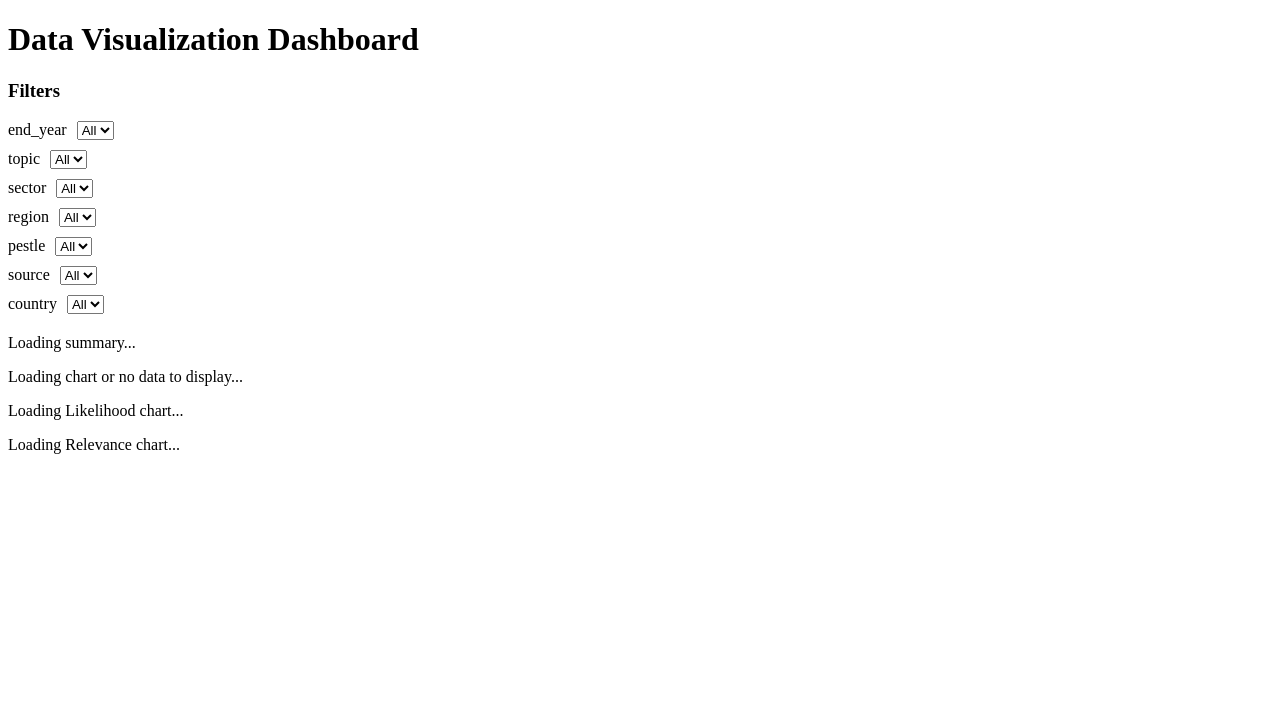
Repository: dikshant-s/DataVisualizationDashboard
Page: / (app in frontend/)
These files come from the project's save history. The page is drawn as it stood at one moment and after a run of saves; the edit follows.
The browser window is 1280 px wide. The pictures show the whole page.
The page's requests for data from a server got no answer. The project was rebuilt for these pictures with package versions that can differ from the ones it lists, and the page was loaded fresh each time. No one was signed in, and anything a server would have sent is missing.

Above is the page before, as saved 2025-06-29 10:15:07.

After the next 3 saves:
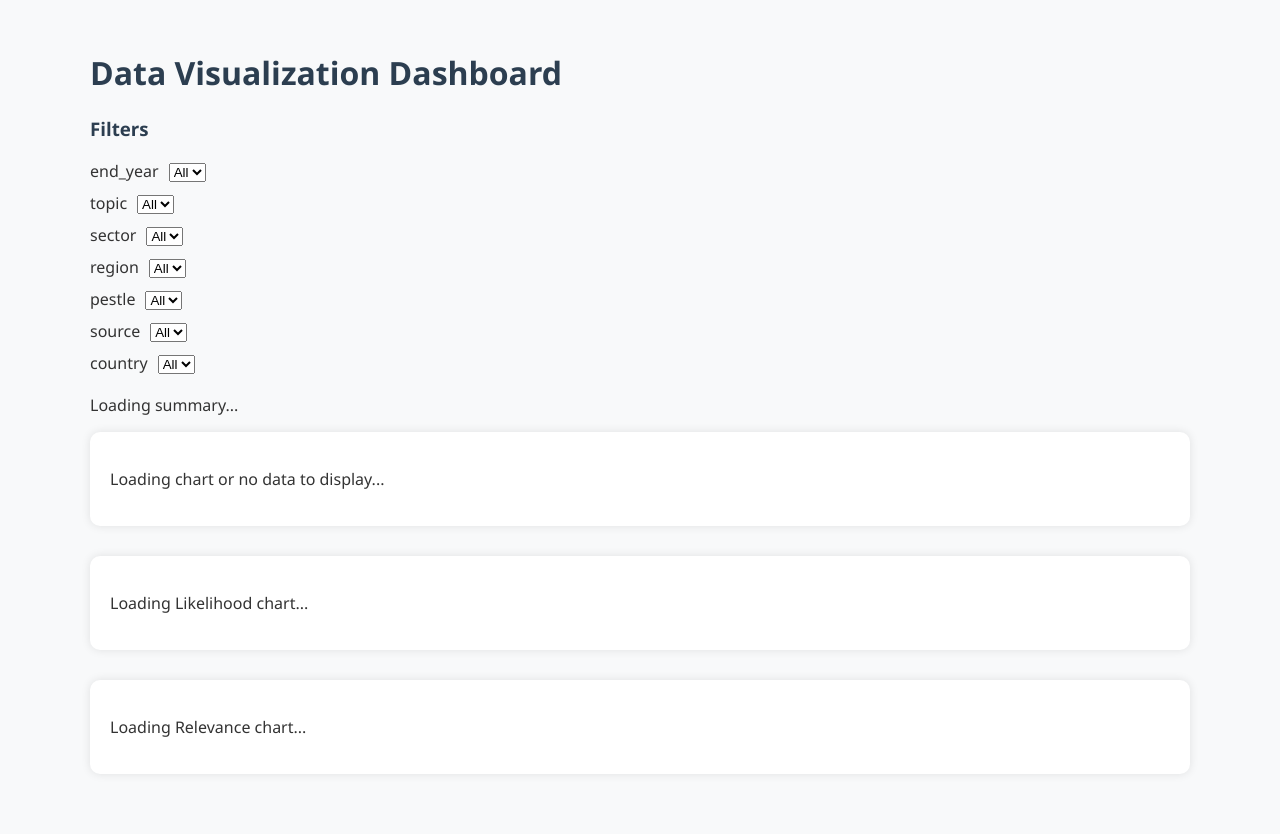
The 3 saves are shown as one change because they came seconds apart.
The last was saved 63 s later.
--- a/frontend/src/App.js
+++ b/frontend/src/App.js
@@ -4,6 +4,7 @@ import IntensityBarChart from "./components/IntensityBarChart";
 import LikelihoodLineChart from "./components/LikelihoodLineChart";
 import RelevanceTopicChart from "./components/RelevanceTopicChart";
 import Summary from "./components/Summary";
+import "./App.css"; // Assuming you have some basic styles
 
 const App = () => {
   const [filters, setFilters] = useState({});
